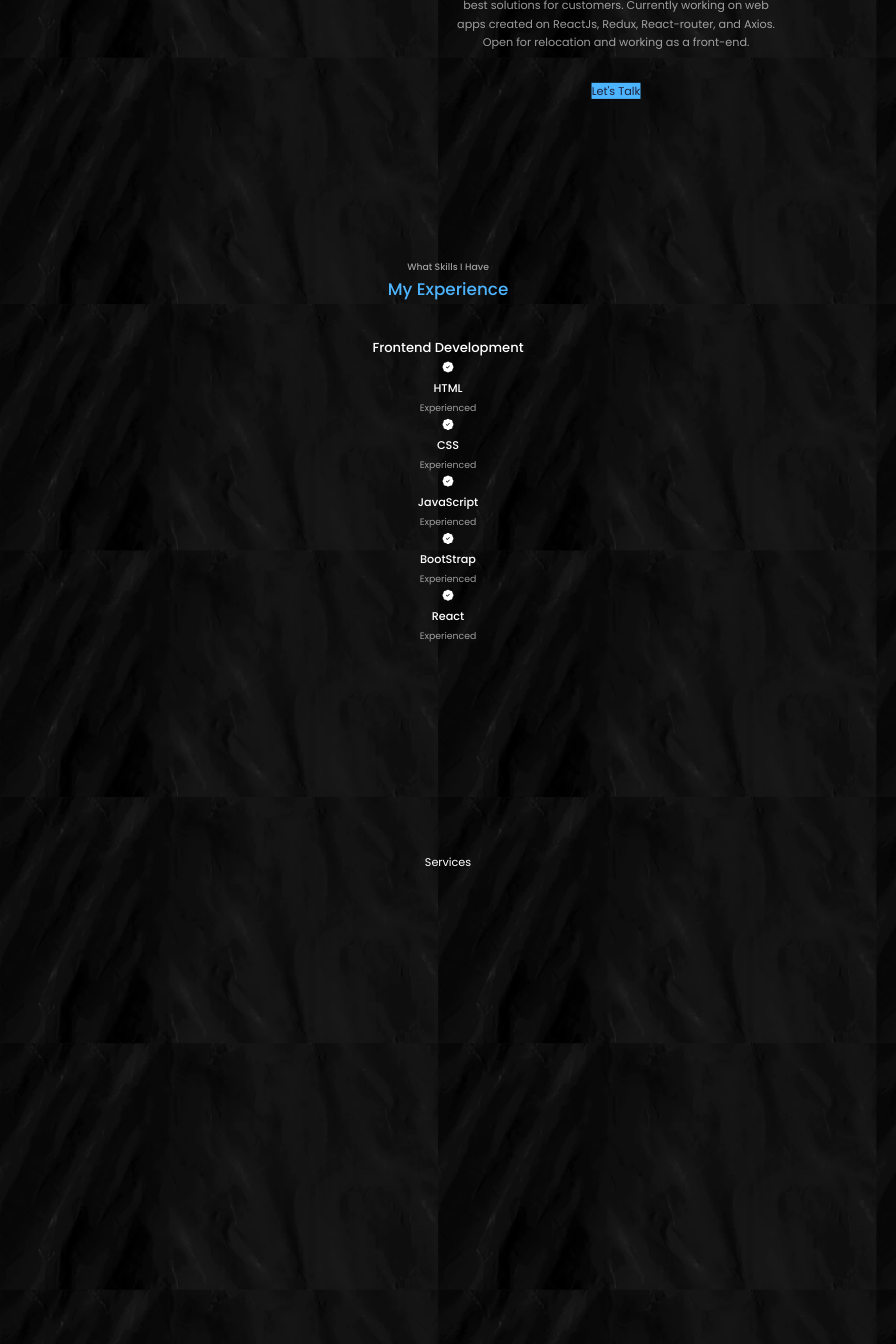
Repository: mayuri2018/Mr_react_portfolio
Page: /
These files come from the project's save history. The page is drawn as it stood at one moment and after the next save; the edit follows.
The browser window is 1280 px wide. The pictures show the part of the page from y = 1326 to 3246 px (the page is 5835 px tall), at 70% of full size.
The project was rebuilt for these pictures with package versions that can differ from the ones it lists, and the page was loaded fresh each time. Also part of the build but not shown: src/components/experience/experience.css, src/components/services/services.css, src/components/portfolio/portfolio.css, src/components/testimonials/testimonials.css, src/components/contact/contact.css, src/components/footer/footer.css.

Above is the page before, as saved 2023-01-25 14:00:29.

### public/index.html
<!DOCTYPE html>
<html lang="en">
  <head>
    <meta charset="utf-8" />
    <link rel="icon" href="%PUBLIC_URL%/favicon.ico" />
    <meta name="viewport" content="width=device-width, initial-scale=1" />
    <meta name="theme-color" content="#000000" />
    <meta
      name="description"
      content="Web site created using create-react-app"
    />
    <link rel="apple-touch-icon" href="%PUBLIC_URL%/logo192.png" />
    <!--
      manifest.json provides metadata used when your web app is installed on a
      user's mobile device or desktop. See https://developers.google.com/web/fundamentals/web-app-manifest/
    -->
    <link rel="manifest" href="%PUBLIC_URL%/manifest.json" />
    <!--
      Notice the use of %PUBLIC_URL% in the tags above.
      It will be replaced with the URL of the `public` folder during the build.
      Only files inside the `public` folder can be referenced from the HTML.

      Unlike "/favicon.ico" or "favicon.ico", "%PUBLIC_URL%/favicon.ico" will
      work correctly both with client-side routing and a non-root public URL.
      Learn how to configure a non-root public URL by running `npm run build`.
    -->
    <title>React portfolio</title>
  </head>
  <body>
    <noscript>You need to enable JavaScript to run this app.</noscript>
    <div id="root"></div>
    <!--
      This HTML file is a template.
      If you open it directly in the browser, you will see an empty page.

      You can add webfonts, meta tags, or analytics to this file.
      The build step will place the bundled scripts into the <body> tag.

      To begin the development, run `npm start` or `yarn start`.
      To create a production bundle, use `npm run build` or `yarn build`.
    -->
  </body>
</html>

### src/index.css
@import url('https://fonts.googleapis.com/css2?family=Poppins:wght@300;400;500;600&display=swap');
*{
  margin:0;
  padding: 0;
  border: 0;
  outline: 0;
  box-sizing:border-box;
  list-style: none;
  text-decoration: none;
}
:root{
  --color-bg:#1f1f38;
  --color-bg-variant:#2c2c6c;
  --color-primary:#4db5ff;
  --color-primary-vriant:rgba(77,181,255,0.4);
  --color-white:#fff;
  --color-light:rgba(255, 255, 255, 0.6);
  --transition: all 400ms;
  --container-width-lg:75%;
  --container-width-md:86%;
  --container-width-ms:90%;
}

html {
  scroll-behavior: smooth;
}

::-webkit-scrollbar{
  display: none;
}
body{
  font-family: "Poppins", sans-serif;
  background:var (--color-white);
  color: var(--color-white);
  line-height: 1.7;
  background-image: url(../src/assets/bg-texture.webp);
}
/*---------general style---------*/
.container{
  width: var(--container-width-lg);
  margin: 0 auto;
}

h1,
h2,
h3,
h4,
h5{
  font-weight:500;
}
h1{
  font-size: 2.5rem;
}
section{
  margin-top: 8rem;
  height: 100vh;
}
section > h2,
section >h5{
  text-align: center;
  color: var(--color-light);
}
section > h2{
  color: var(--color-primary);
  margin-bottom: 3rem;
}
.text-light{
  color: var(--color-light);
}
a{
  color: var(--color-primary);
  transition: var(--transition);
}
a:hover{
  color: var(--color-white);
}
.btn{
  width: max-content;
  display: inline-block;
  color: var(--color-primary);
  padding: 0.75rem 1.2rem;
  border-radius: 0.4rem;
  cursor: pointer;
  border: 1px solid var(--color-primary);
  transition: var(--transition);
}
.btn:hover{
  background: var(--color-white);
  color: var(--color-bg);
  border-color: transparent;
}
.btn-primary{
  background: var(--color-primary);
  color: var(--color-bg);
}
img{
  display: block;
  width: 100%;
  object-fit: cover;
}
/*----------Media Queries (Medium devices)-----*/
@media screen and (max-width: 1024px){
  .container{
    width: var(--container-width-md);
  }
  section{
    margin-top: 6rem;
  }

}
/*----------Media Queries (small devices)-----*/
@media screen and (max-width: 600px){
  .container{
    width: var(--container-width-md);
  }
  section > h2{
    margin-bottom: 2rem;
  }

}

### src/App.js
import logo from './logo.svg';
import './App.css';
import Header from "./components/header/Header";
import Nav from "./components/nav/Nav";
import About from "./components/about/About";
import Experience from "./components/experience/Experience";
import Services from "./components/services/Services";
import Portfolio from "./components/portfolio/Portfolio";
import Testimonials from "./components/testimonials/Testimonials";
import Contact from "./components/contact/Contact";
import Footer from "./components/footer/Footer";

function App() {
  return (
    <div className="App">
      <Header/>
      <Nav/>
      <About/>
      <Experience/>
      <Services/>
      <Portfolio/>
      <Testimonials/>
      <Contact/>
      <Footer/>

    </div>
  );
}

export default App;

### src/components/header/Header.jsx
import React from "react";
import "./header.css";
import ME from "../../assets/ME.jpeg";
import CTA from "./CTA";
import HeaderSocials from "./HeaderSocials";

export default function Header(){
    return(
        <header>
            <div className="container header_container">
                <h5>Hello I'm</h5>
                <h1>Mayuri Vaddempudi</h1>
                <h5 className="text-light">Fullstack Developer</h5>
                <CTA/>
                <HeaderSocials/>
                <div className="me">
                    <img src={ME} alt="me"/>
                </div>
                <a href="#contact" className="scroll_down">Scroll Down</a>
            </div>
        </header>

    )
}

### src/components/nav/Nav.jsx
import React from "react";
import "./nav.css";
import {AiOutlineHome} from "react-icons/ai";
import {BiBook} from "react-icons/bi";
import {AiOutlineUser} from "react-icons/ai";
import {RiServiceLine} from "react-icons/ri";
import {BiMessageSquareDetail} from "react-icons/bi";
import { useState } from "react";

export default function Nav(){
    const[activeNav, setActiveNav] = useState("#")
    return(
        <nav>
            <a href="#" onClick = {()=> setActiveNav("#")}className={activeNav === "#" ? "active" : ""}><AiOutlineHome/></a>
            <a href="#about" onClick = {()=> setActiveNav("#about")}className={activeNav === "#about" ? "active" : ""}><AiOutlineUser/></a>
            <a href="#experience" onClick = {()=> setActiveNav("#experience")}className={activeNav === "#experience" ? "active" : ""}><BiBook/></a>
            <a href="#services" onClick = {()=> setActiveNav("#services")}className={activeNav === "#services" ? "active" : ""}><RiServiceLine/></a>
            <a href="#contact" onClick = {()=> setActiveNav("#contact")}className={activeNav === "#contact" ? "active" : ""}><BiMessageSquareDetail/></a>
        </nav>

    )
}

### src/components/about/About.jsx
import React from "react";
import "./about.css";
import ME from "../../assets/ME.jpeg";
import{FaAward} from "react-icons/fa";
import{FiUsers} from "react-icons/fi";
import{VscFolderLibrary} from "react-icons/vsc";

export default function About(){
    return(
        <section id="about">
            <h5>Get To Know</h5>
            <h2>About Me</h2>
            <div className="container about_container">
                <div className="about_me">
                    <div className="about_me-image">
                        <img src={ME} alt="About-image"/>
                    </div>
                </div>

                <div className="about_content">
                    <div className="about_cards">
                        <article className="about_card">
                            <FaAward className="about_icon"/>
                            <h5>Experience</h5>
                            <small>4+ Years working</small>
                        </article>

                        <article className="about_card">
                            <FiUsers className="about_icon"/>
                            <h5>Clients</h5>
                            <small>5 Worldwide</small>
                        </article>

                        <article className="about_card">
                            <VscFolderLibrary className="about_icon"/>
                            <h5>Projects</h5>
                            <small>5+ Completed</small>
                        </article>
                    </div>
                    <p>
                    Overall with 4 years of experience including design & developing for building websites.
                    My experience in web design led me to learn technologies such as SEO, Google Analytics,
                    Schema Markup and Wireframe.
                    Passionate about work in cross-functional teams and delivering the best solutions for customers.
                    Currently working on web apps created on ReactJs, Redux, React-router, and Axios.
                    Open for relocation and working as a front-end.
                    </p>
                    <a href="#contact" className="btn-primary">Let's Talk</a>
                </div>
            </div>
        </section>
    )
}

### src/components/experience/Experience.jsx
import React from "react";
import "./experience.css";
import {BsPatchCheckFill} from "react-icons/bs"

export default function Experience (){
    return(
        <section id="experience">
            <h5>What Skills I Have</h5>
            <h2>My Experience</h2>

            <div className="container experience_container">
                <div className="experience_frontend">
                    <h3>Frontend Development</h3>
                    <div className="experience_content">
                        <article className="experience_details">
                            <BsPatchCheckFill/>
                            <h4>HTML</h4>
                            <small className="text-light">Experienced</small>
                        </article>

                        <article className="experience_details">
                            <BsPatchCheckFill/>
                            <h4>CSS</h4>
                            <small className="text-light">Experienced</small>
                        </article>

                        <article className="experience_details">
                            <BsPatchCheckFill/>
                            <h4>JavaScript</h4>
                            <small className="text-light">Experienced</small>
                        </article>

                        <article className="experience_details">
                            <BsPatchCheckFill/>
                            <h4>BootStrap</h4>
                            <small className="text-light">Experienced</small>
                        </article>

                        <article className="experience_details">
                            <BsPatchCheckFill/>
                            <h4>React</h4>
                            <small className="text-light">Experienced</small>
                        </article>
                    </div>
                </div>

            </div>
        </section>
    )
}

### src/components/services/Services.jsx
import React from "react";
import "./services.css";

export default function Services(){
    return(
        <section id="services">Services</section>
    )
}

### src/components/portfolio/Portfolio.jsx
import React from "react";
import "./portfolio.css";

export default function Portfolio(){
    return(
        <section id="portfolio">Portfolio</section>
    )
}

### src/components/testimonials/Testimonials.jsx
import React from "react";
import "./testimonials.css";

export default function Testimonials(){
    return(
        <section id="testimonials">Testimonials</section>
    )
}

### src/components/contact/Contact.jsx
import React from "react";
import "./contact.css";

export default function Contact(){
    return(
        <section id="contact">Contact</section>
    )
}

### src/components/footer/Footer.jsx
import React from "react";
import "./footer.css";

export default function Footer(){
    return(
        <div>Footer</div>
    )
}

### src/components/header/header.css
header{
    height: 100vh;
    padding-top: 7rem;
    overflow: hidden;
}
.header_container{
    text-align: center;
    height: 100%;
    position: relative;
}
/*------------CTA-----------*/
.cta{
    margin-top: 2.5rem;
    display: flex;
    gap: 1.2rem;
    justify-content: center;
}
/*------------headerSocials-----------*/
.header_socials{
    display: flex;
    flex-direction: column;
    align-items: center;
    gap: 0.8rem;
    position: absolute;
    left: 0;
    bottom: 3rem;
}
.header_socials::after{
    content: "";
    width: 1px;
    height: 2rem;
    background: var(--color-primary);
}
/*------------ME-----------*/
.me{
    background: linear-gradient(var(--color-primary), transparent);
    width: 22rem;
    height: 30rem;
    position: absolute;
    left: calc(50% - 11rem);
    margin-top: 4rem;
    border-radius: 12rem 12rem 0 0;
    overflow: hidden;
    padding: 5rem 1.5rem 1.5rem 1.5rem;
}
/*------------scroll down-----------*/
.scroll_down{
    position: absolute;
    right: -2.3rem;
    bottom: 5rem;
    transform: rotate(90deg);
    font-weight: 300;
    font-size: 0.9;
}
/*----------Media Queries (Medium devices)-----*/
@media screen and (max-width: 1024px){
    header{
        height: 68vh;
    }

  }
  /*----------Media Queries (small devices)-----*/
  @media screen and (max-width: 600px){
    header{
        height: 100vh;
    }
    .header_socials,
    .scroll_down{
        display: none;
    }
  }

### src/components/header/CTA.jsx
import React from "react";

export default function CTA(){
    return(
        <div className="cta">
           <a href="{CV}" className="btn">Download CV</a>
           <a href="#contact" className="btn btn-primary">Let's Talk</a>
        </div>
    )
}

### src/components/header/HeaderSocials.jsx
import React from "react";
import {BsLinkedin} from "react-icons/bs";
import {BsGithub} from "react-icons/bs";
import {FaDribbble} from "react-icons/fa";

export default function HeaderSocials(){
    return(
        <div className="header_socials">
            <a href="https://linkedin.com" target="_blank"><BsLinkedin/></a>
            <a href="https://github.com" target="_blank"><BsGithub/></a>
            <a href="https://dribble.com" target="_blank"><FaDribbble/></a>
        </div>
    )
}

### src/components/nav/nav.css
nav{
    background: rgba(0, 0, 0, 0.3);
    width: max-content;
    display: block;
    padding: 0.7rem 1.7rem;
    z-index: 2;
    position: fixed;
    left: 50%;
    transform: translate(-50%);
    bottom: 2rem;
    display: flex;
    gap: 0.8rem;
    border-radius: 3rem;
    backdrop-filter: blur(15px);
}
nav a{
    background: transparent;
    padding: 0.9rem;
    border-radius: 50%;
    display: flex;
    color: var(--color-light);
    font-size: 1.1rem;
}
nav a:hover{
    background:rgba(0, 0, 0, 0.3);
}
nav a.active{
    background: var(--color-bg);
    color: var(--color-white);
}

### src/components/about/about.css
.about_container{
    display: grid;
    grid-template-columns: 35% 50%;
    gap:15%;
}

.about_me{
    width: 100%;
    aspect-ratio: 1/1;
    border-radius: 2rem;
    background: linear-gradient(
        45deg,
        transparent,
        var(--color-primary),
        transparent);
    display: grid;
    place-items: center;
}

.about_me-image{
    border-radius: 2rem;
    overflow: hidden;
    transform: rotate(10deg);
    transition: var(--transition);
}

.about_me-image:hover{
    transform: rotate(0);
}
.about_cards{
    display: grid;
    grid-template-columns: repeat(3, 1fr);
    gap: 1.5em;
}

.about_card{
    background: var(--color-bg-variant);
    border: 1px solid transparent;
    border-radius: 1rem;
    padding: 2rem;
    text-align: center;
    transition: var(--transition);
}

.about_card:hover{
    background: transparent;
    border-color: var(--color-primary-variant);
    cursor: default;
}

.about_icon{
    color: var(--color-primary);
    font-size: 1.4rem;
    margin-bottom: 1rem;
}
.about_card h5{
    font-size: 0.9rem;
}

.about_card small{
    font-size: 0.7rem;
    color: var(--color-light);
}

.about_content p{
    margin: 2rem 0 2.6rem;
    color:var(--color-light);
}

/*----------Media Queries (Medium devices)-----*/
@media screen and (max-width: 1024px){
    .about_container{
        grid-template-columns: 1fr;
        gap:0;
    }
    .about_me{
        width: 50%;
        margin: 1rem 0 1.5rem;
    }

  }
  /*----------Media Queries (small devices)-----*/
  @media screen and (max-width: 600px){
    .about_me{
        width: 65%;
        margin: 0 auto 3rem;
    }
    .about_cards{
        grid-template-columns: 1fr 1fr;
        gap:1rem ;
    }
    .about_content{
        text-align: center;
    }
    .about_content p{
        margin: 1.5rem 0;
    }
  }

Loaded but not shown: src/index.js (common file); src/reportWebVitals.js (common file); src/App.css (common file)

After the next save:
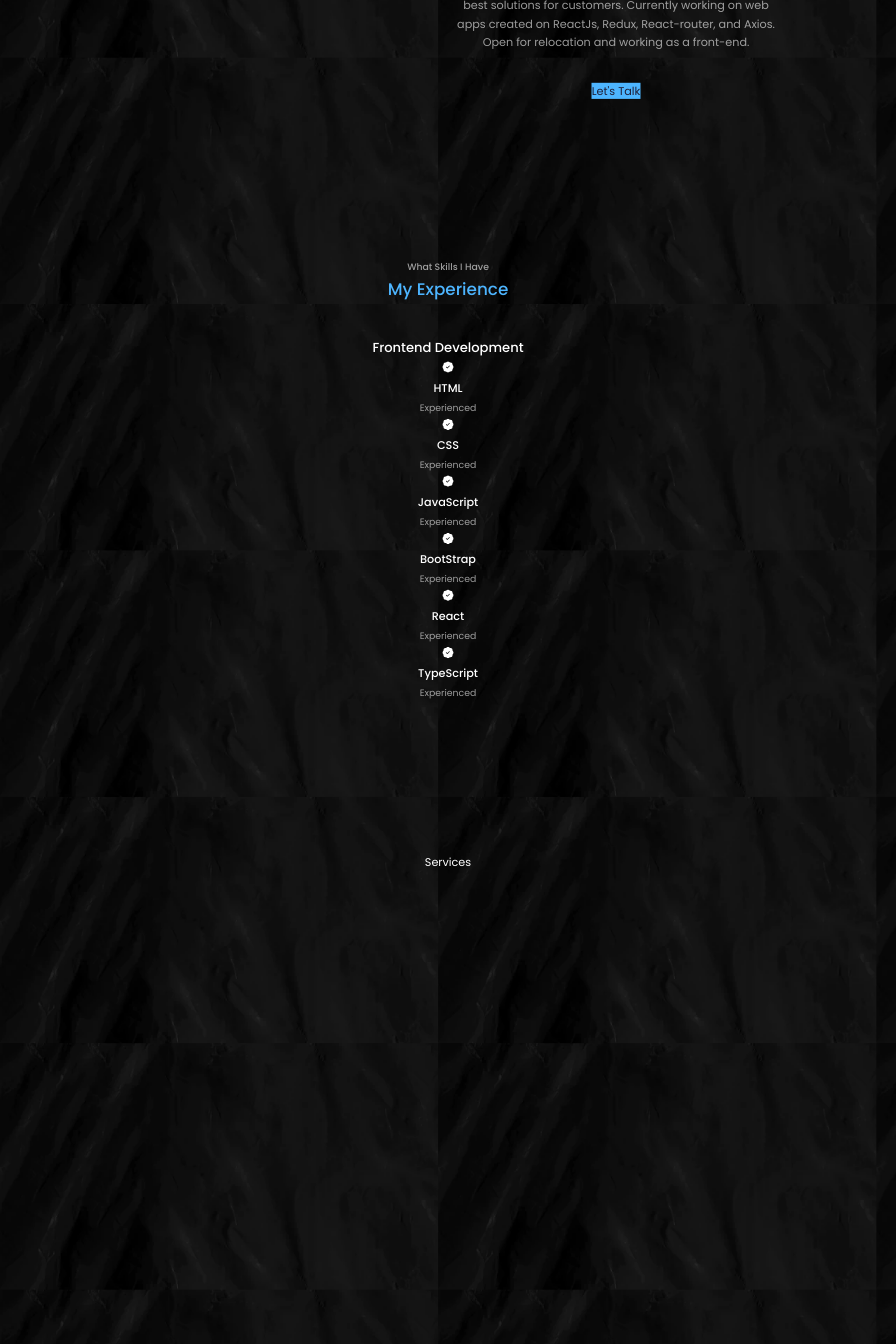
Saved 15 s later.
--- a/src/components/experience/Experience.jsx
+++ b/src/components/experience/Experience.jsx
@@ -41,6 +41,12 @@ export default function Experience (){
                             <h4>React</h4>
                             <small className="text-light">Experienced</small>
                         </article>
+
+                        <article className="experience_details">
+                            <BsPatchCheckFill/>
+                            <h4>TypeScript</h4>
+                            <small className="text-light">Experienced</small>
+                        </article>
                     </div>
                 </div>
 
